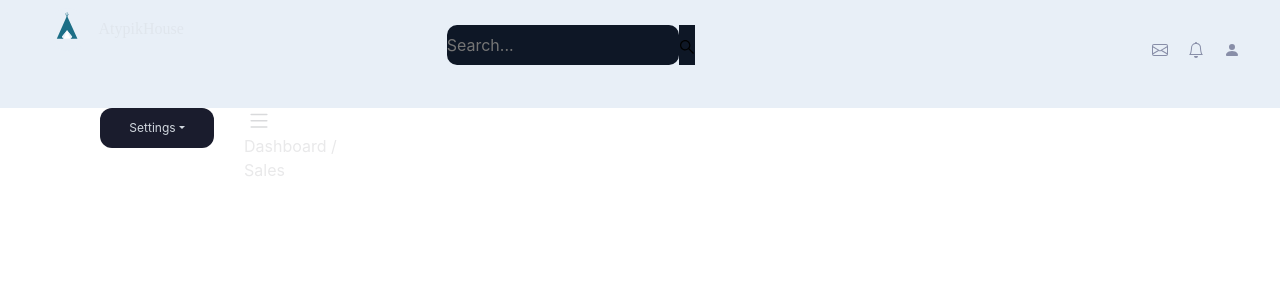
Repository: kifack/API-Symfony-AtypikHouse
Page: / (app in admin-frontend/)
The author's editor kept a copy of each file at every save. The page is drawn from the files as they stood at one save, then again after the next save.
The browser window is 1280 px wide. The pictures show the whole page.
Some web libraries are served in a nearby version. The project was rebuilt for these pictures with package versions that can differ from the ones it lists, and the page was loaded fresh each time. Also part of the build but not shown: admin-frontend/src/css/Responsive.css, admin-frontend/src/css/admin/navbar.css, admin-frontend/src/components/template_parts/Header.js, admin-frontend/src/components/template_parts/Footer.js, admin-frontend/src/components/template_parts/Sidebar.js, admin-frontend/src/components/partials/LocationEntry.js, admin-frontend/src/components/template_parts/Spinner.js, admin-frontend/src/actions/location.js and 26 more.

Above is the page before, as saved 2020-10-01 19:03:39.

### admin-frontend/public/index.html
<!DOCTYPE html>
<html lang="en">
  <head>
    <meta charset="utf-8" />
    <link rel="icon" href="%PUBLIC_URL%/atypikhouse.ico" />
    <meta name="viewport" content="width=device-width, initial-scale=1" />
    <meta name="theme-color" content="#000000" />
    <meta
      name="description"
      content="Web site created using create-react-app"
    />
    <link
      rel="stylesheet"
      href="https://use.fontawesome.com/releases/v5.8.1/css/all.css"
      integrity="sha384-50oBUHEmvpQ+1lW4y57PTFmhCaXp0ML5d60M1M7uH2+nqUivzIebhndOJK28anvf"
      crossorigin="anonymous"
    />
    <!--
      manifest.json provides metadata used when your web app is installed on a
      user's mobile device or desktop. See https://developers.google.com/web/fundamentals/web-app-manifest/
    -->
    <!-- <link rel="manifest" href="%PUBLIC_URL%/manifest.json" /> -->
    <!--
      Notice the use of %PUBLIC_URL% in the tags above.
      It will be replaced with the URL of the `public` folder during the build.
      Only files inside the `public` folder can be referenced from the HTML.

      Unlike "/favicon.ico" or "favicon.ico", "%PUBLIC_URL%/favicon.ico" will
      work correctly both with client-side routing and a non-root public URL.
      Learn how to configure a non-root public URL by running `npm run build`.
    -->
    <script
      src="https://code.jquery.com/jquery-3.5.1.min.js"
      integrity="sha256-9/aliU8dGd2tb6OSsuzixeV4y/faTqgFtohetphbbj0="
      crossorigin="anonymous"
    ></script>
    <script src="https://stackpath.bootstrapcdn.com/bootstrap/4.5.2/js/bootstrap.min.js"></script>
    <script
      src="https://code.jquery.com/jquery-3.5.1.min.js"
      integrity="sha256-9/aliU8dGd2tb6OSsuzixeV4y/faTqgFtohetphbbj0="
      crossorigin="anonymous"
    ></script>

    <script src="https://stackpath.bootstrapcdn.com/bootstrap/4.5.2/js/bootstrap.min.js"></script>
    <title>AtypikHouse</title>
  </head>
  <body>
    <noscript>You need to enable JavaScript to run this app.</noscript>
    <div id="root"></div>
    <!--
      This HTML file is a template.
      If you open it directly in the browser, you will see an empty page.

      You can add webfonts, meta tags, or analytics to this file.
      The build step will place the bundled scripts into the <body> tag.

      To begin the development, run `npm start` or `yarn start`.
      To create a production bundle, use `npm run build` or `yarn build`.
    -->
  </body>
</html>

### admin-frontend/src/index.js
import React from 'react';
import ReactDOM from 'react-dom';
import App from './components/App';
import 'bootstrap/dist/css/bootstrap.min.css';
import { Provider } from 'react-redux';
import configureStore from './store/store';
import HeaderBack from './components/backend/HeaderBack';


const store = configureStore();
ReactDOM.render(
  <React.StrictMode>
    <Provider store={store}>
      <HeaderBack />
    </Provider>

  </React.StrictMode>,
  document.getElementById('root')
);

### admin-frontend/src/store/store.js
import { createStore, applyMiddleware } from "redux";
import { composeWithDevTools } from "redux-devtools-extension";
import thunk from "redux-thunk";
import rootReducer from "../reducers";

const configureStore = () => {
  const initialState = {};

  const middleware = [thunk];

  const store = createStore(
    rootReducer,
    initialState,
    composeWithDevTools(applyMiddleware(...middleware))
  );
  return store;
};

export default configureStore;

### admin-frontend/src/components/backend/HeaderBack.js
import React from "react";
import { Navbar, Nav, Image, Row, Container, Col } from "react-bootstrap";
import { BsBell, BsEnvelope, BsFillPersonFill, BsList } from "react-icons/bs";
import { FaSistrix } from "react-icons/fa";
import logo from './../../media/logonegatif.svg';


class HeaderBack extends React.Component{
    render(){
        return(

            <header>
            <Navbar>

                <div className="blue-sky menuhaut">
                <Container >
                <Row className="align-items-center">
                    <Col>
                        <Nav.Link><Image class="logo"src={logo}/><span class="titlesite">AtypikHouse</span></Nav.Link>
                    </Col>
                    <Col>
                        <form >

                        <input  type="text" placeholder="Search..." aria-label="Search"  />
                        <button type="submit" ><FaSistrix className="icons"/></button>
                        </form>
                    </Col>
                    <Col className="d-flex justify-content-end">
                        <Nav.Link><BsEnvelope className="icon-env"/></Nav.Link>
                        <Nav.Link><BsBell className="icon-bell"/></Nav.Link>
                        <Nav.Link><BsFillPersonFill className="icon-person"/></Nav.Link>
                    </Col>
                </Row >
                </Container>
                </div>

                    <div class="sous-header">
                    <Container>
                    <Row>
                        <Col>
                        <button className="dropdown-toggle" type="button" id="setting">Settings</button>
                        </Col>

                        <Col>
                        <BsList class="icon-list"/>
                        <span className="titlelist"> Dashboard / Sales</span>
                        </Col>


                    </Row>
                    </Container>
                    </div>

            </Navbar>
         </header>


        )
    }

}

export default HeaderBack;

### admin-frontend/src/utils/setAuthToken.js
import api from "./api";

const setAuthToken = (token) => {
  if (token) {
    console.log("setting...");
    api.defaults.headers.common.authorization = "Bearer " + token;
    localStorage.setItem("token", token);
  } else {
    console.log("deleting...");
    delete api.defaults.headers.common["Authorization"];
    localStorage.removeItem("token");
  }
};

export default setAuthToken;

### admin-frontend/src/css/App.css
:root {
  --primaryColor: #1c6e86;
  --secondaryColor :#060818;
  --tierColor: #1e2020;
  --white: #ffffff;
}

* {
  margin: 0;
  padding: 0;
  box-sizing: border-box;
}

@font-face {
  font-family: "title-logo";
  src: url("./../polices/vagnotie.otf");
}
@font-face {
  font-family: "title-block";
  src: url("./../polices/Vogue.ttf");
}
@font-face {
  font-family: "title-secondaire";
  src: url("./../polices/ArcaMajora3-Bold.otf");
}
@font-face {
  font-family : "sans-serifSpe";
  src: url("./../polices/Myriad-Pro_31655.ttf");
}

.blue-sky {
  background-color: var(--secondaryColor);
}
body .blue-Marine {
  background-color: var(--primaryColor);
}

.titleBlock {
  font-family: "title-block";
  padding-top: 30px;
  font-size: 1.3rem;
  color: var(--tiercolor);
}
.titleConte{
  text-align: center;
}
.btnNb{
  padding: 10px 20px;
  text-decoration: none;
  border-radius: 20px;
  font-family: "title-secondaire";
  font-size: 1rem;
}
.secondaryNb {
  color: var(--secondaryColor);
}
.btnNb:hover {
  text-decoration: none;
  color: var(--primaryColor);
  background-color: var(--secondaryColor);
}
.conteneurBtn {
  padding-top: 20px;
}
img {
  width: 100%;
}


/*********************************************************** Header backend ************************************************************************************/











.icon-list{

 color: #d9dadc;
 width: 30px;
 height: 25px;

}


.fond{
 background: #1a1c2d;
}

/* ################################# Header ###########################*/
header .navbar{
  padding: 0;
  margin: 0;
  display: block;
}

header .menuhaut{
  height: 15vh;
  padding: 0;
  margin: 0;
}
header .menuhaut .col:first-child{
  width: 30%;
  height: 15vh;

}
header .menuhaut .col:nth-child(2){
  width: 30%;
  height: 8vh;

}
header .menuhaut .col:nth-child(3){
  width: 30%;
  height: 5vh;

}
header .menuhaut .col:nth-child(3) .nav-link{
  padding-left: 10px;
  padding-right: 10px;
  padding-top: 0px;
  padding-bottom: 10px;

}

header .menuhaut .row{
  width: 100%;
  height: 15vh;
  margin: 0;
  padding: 0;

}
header .menuhaut .container{
  max-width: 100% ;
  margin: 0;

}

header .container img {
  width: 12%;
  margin-right: 10px;

}

.titlesite, .logo{

  color: #e0e6ed;
  width: 30px;
  font-family: "title-secondair";
  font-size: 1.0rem;
}

.icon-env, .icon-bell, .icon-person {
  color: #888ea8;
}

header .sous-header .row{
  margin: 0;
  padding: 0;

}


input{
  background-color: #0e1726;
  border: 0px;
  border-radius: 10px;
  height: 40px;
  width: 60%;
}

button{
  background-color: #0e1726;
  border: 0px;
  border-radius: 10px;
  height: 40px;
}


button#setting {
  background-color: #1a1c2d;
  color: #d2d8df;
  border-color: #212837;
  font-size: 12px;
  width: 100%;
  border-radius: 12px;
  }

  .titlelist{

    color: #e9e9ea;
   }

### admin-frontend/src/reducers/index.js
import { combineReducers } from "redux";
import auth from "./auth";
import location from "./location";
import user from "./user";
import comment from "./comment";
import destination from "./destination";
import category from "./category";
import thematic from "./thematic";
import field from "./field";

export default combineReducers({
  auth,
  location,
  user,
  comment,
  destination,
  category,
  thematic,
  field,
});

### admin-frontend/src/utils/api.js
import axios from "axios";
import store from "../store/store";
import { LOGOUT } from "../actions/types";

const api = axios.create({
  baseURL: "http://localhost:8000/api/v01",
  // baseURL: "http://api.f2i-dev2-ami-bc-akb-vyk.fr/api/v01",
  headers: {
    "Content-Type": "application/json",
    Accept: "application/json",
  },
});

const { dispatch } = store;

export default api;

### admin-frontend/src/css/sidebar.css
:root {
  --primaryColor: #0090d9;
  --secondaryColor: #e8f1f8;
  --tierColor: #1e2020;
  --white: #ffffff;
}

.sidebar {
  width: 240px;
  min-height: 100vh;
  transition: 0.4s;
  transition-property: width;
  background-color: #fff;

  /* background-image: linear-gradient(180deg, #4e73df 10%, #224abe 100%); */
  /* overflow-y: auto; */
}

.sidebar ul {
  /* color: var(--primaryColor); */
  height: 100%;
  width: 100%;
  list-style: none;
}
.sidebar .menu li {
  line-height: 60px;
  border-bottom: 1px solid #bdb8d7;
  border-bottom: 1px solid rgba(0, 0, 0, 0.05);
  border-top: 1px solid rgba(255, 255, 255, 0.05);
}
.sidebar .menu li:last-child {
  border-bottom: 1px solid rgba(255, 255, 255, 0.05);
}
.sidebar .menu li a {
  position: relative;
  text-decoration: none;
  color: #6c757d;
  font-size: 16px;
  padding-left: 20px;
  font-weight: 500;
  display: block;
  width: 100%;
  border-left: 3px solid transparent;
}
.sidebar .menu li a > i {
  color: var(--primaryColor);
  padding-right: 8px;
}
.sidebar .menu li.active a {
  color: #fff;
  background: #4e73df;
  /* border-left-color: #000; */
}
.sidebar .menu li a:hover {
  /* background-color: #4e73df; */
  opacity: 0.9;
  color: var(--primaryColor);
}
.sidebar .menu ul {
  position: static;
  display: none;
  background-color: #fff;
}

.sidebar .menu ul li {
  line-height: 50px;
  border-top: none;
  color: var(--primaryColor);
}

.sidebar ul li a .item {
  /* margin-left: 15px; */
  transition: 0.4s;
  transition-property: display;
}
.sidebar .menu ul li a {
  font-size: 15px;
  color: #6c757d;
  padding-left: 50px;
}
.sidebar .menu li.active ul li a {
  color: #e6e6e6;
  background: #1b1b1b;
  border-left-color: transparent;
}
.sidebar .menu ul li a:hover {
  border-left-color: var(--primaryColor);
  border-left-width: 5px;
}
.sidebar li a .caret-menu {
  position: absolute;
  top: 50%;
  right: 20px;
  transform: translateY(-50%);
  font-size: 18px;
  transition: transform 0.7s;
}
.sidebar li a span.rotate {
  transform: translateY(-50%) rotate(-180deg);
}

.wrapper.collapse-sidebar .sidebar {
  width: 70px;
}

.wrapper.collapse-sidebar .main_content {
  width: calc(100% - 70px);
}

.wrapper.collapse-sidebar .sidebar .item,
.submenu,
.wrapper.collapse-sidebar .sidebar .submenu li {
  display: none;
}

### admin-frontend/src/css/card.css
/* Navigation tabs */
:root {
  --primaryColor: #0090d9;
  --secondaryColor: #e8eff7;
  --tierColor: #1e2020;
  --white: #ffffff;
}
.tabs {
  /* width: 730px; */
  height: 100vh;
  overflow: hidden;
  border-radius: 5px;
  box-shadow: 5px 10px 5px #ccc;
  border: 1px solid #eee;
  margin-right: 10px;
}
.tabs .tab-header {
  /* height: 40px; */
  display: flex;
  align-items: center;
  width: 100%;
  padding: 15px;
  /* border: 1px solid #eee; */
}

.tabs .tab-header > div {
  width: calc(100% / 2);
  text-align: center;
  color: #888;
  font-weight: 600;
  cursor: pointer;
  font-size: 14px;
  text-transform: uppercase;
  outline: none;
}
/* .tabs .tab-header > div > i {
  display: block;
  margin-bottom: 5px;
} */
.tabs .tab-header > div.active {
  color: var(--primaryColor);
}
.tabs .tab-indicator {
  position: relative;
  width: calc(100% / 2);
  height: 5px;
  background: var(--primaryColor);
  left: 0px;
  border-radius: 5px;
  transition: all 500ms ease-in-out;
}
.tabs .tab-body {
  position: relative;
  height: calc(100% - 60px);
  padding: 10px 5px;
}
.tabs .tab-body > div {
  padding: 20px;
  position: absolute;
  width: 100%;
  top: -200%;
  opacity: 0;
  transform: scale(0.9);
  transition: opacity 500ms ease-in-out 0ms, transform 500ms ease-in-out 0ms;
}
.tabs .tab-body > div.active {
  top: 0px;
  opacity: 1;
  transform: scale(1);
}

/* Display location  */
.img-container {
  position: relative;
}
/* Next & previous buttons */
.prev,
.next {
  cursor: pointer;
  position: absolute;
  text-decoration: none !important;
  top: 50%;
  width: auto;
  margin-top: -22px;
  padding: 16px;
  color: white !important;
  font-weight: bold;
  font-size: 18px;
  transition: 0.6s ease;
  border-radius: 0 3px 3px 0;
  user-select: none;
}

/* Position the "next button" to the right */
.next {
  right: 0;
  border-radius: 3px 0 0 3px;
}
.prev {
  left: 0;
}

/* On hover, add a black background color with a little bit see-through */
.prev:hover,
.next:hover {
  background-color: rgba(0, 0, 0, 0.8);
}
/* Fading animation */
.custom-fade {
  -webkit-animation-name: fade;
  -webkit-animation-duration: 1.5s;
  animation-name: fade;
  animation-duration: 1.5s;
}

@-webkit-keyframes fade {
  from {
    opacity: 0.4;
  }
  to {
    opacity: 1;
  }
}

@keyframes fade {
  from {
    opacity: 0.4;
  }
  to {
    opacity: 1;
  }
}

### admin-frontend/src/reducers/auth.js
import {
  LOAD_USER_REQUEST,
  USER_LOADED,
  AUTH_ERROR,
  LOGIN_REQUEST,
  LOGIN_SUCCESS,
  LOGIN_FAIL,
  LOGOUT,
} from "../actions/types";
import setAuthToken from "../utils/setAuthToken";

const initialState = {
  token: localStorage.getItem("token"),
  isAuthenticated: false,
  loading: false,
  user: null,
  isLogining: false,
  error: null,
};

export default function (state = initialState, action) {
  const { type, payload } = action;

  switch (type) {
    case LOAD_USER_REQUEST:
      return {
        ...state,
        loading: true,
      };
    case USER_LOADED:
      if (payload.roles.indexOf("ROLE_ADMIN") >= 0) {
        return {
          ...state,
          isAuthenticated: true,
          loading: false,
          user: payload,
        };
      } else {
        return {
          ...state,
          isAuthenticated: false,
          loading: false,
          error: "Vous n'avez pas des droits d'accés",
        };
      }
    case LOGIN_REQUEST:
      return {
        ...state,
        isLogining: true,
      };
    case LOGIN_SUCCESS:
      if (payload.user.roles.indexOf("ROLE_ADMIN") >= 0) {
        localStorage.setItem("token", payload.token);
        setAuthToken(payload.token);
        return {
          ...state,
          isAuthenticated: true,
          isLogining: false,
          user: payload.user,
        };
      } else {
        return {
          ...state,
          isAuthenticated: false,
          isLogining: false,
          error: "Vous n'avez pas des droits d'accéss",
        };
      }

    case AUTH_ERROR:
    case LOGOUT:
      console.log("logout");
      localStorage.removeItem("token");
      return {
        ...state,
        token: null,
        isAuthenticated: false,
        loading: false,
        user: null,
        error: payload,
      };

    case LOGIN_FAIL:
      return {
        ...state,
        isLogining: false,
        error: payload.message,
      };

    default:
      return state;
  }
}

### admin-frontend/src/reducers/location.js
import {
  LOAD_LOCATIONS,
  LOAD_LOCATIONS_SUCCESS,
  LOAD_LOCATIONS_ERROR,
  VALIDATE_LOCATION,
  VALIDATE_LOCATION_ERROR,
  DEACTIVATE_LOCATION,
  DEACTIVATE_LOCATION_ERROR,
  LOAD_LOCATION,
  LOAD_LOCATION_SUCCESS,
  LOAD_LOCATION_ERROR,
} from "../actions/types";

const initialState = {
  locations: [],
  location: null,
  loading: false,
  loadingLocation: true,
};

export default function (state = initialState, action) {
  const { type, payload } = action;
  let index, locations;

  switch (type) {
    case LOAD_LOCATIONS:
      return {
        ...state,
        loading: true,
      };
    case LOAD_LOCATIONS_SUCCESS:
      return {
        ...state,
        locations: payload,
        loading: false,
      };

    case LOAD_LOCATION:
      return {
        ...state,
        loadingLocation: true,
        location: null,
      };
    case LOAD_LOCATION_SUCCESS:
      return {
        ...state,
        location: payload,
        loadingLocation: false,
      };
    case VALIDATE_LOCATION:
      index = state.locations.findIndex((item) => item.id === payload);
      locations = state.locations;
      locations[index].status = 1;

      return {
        ...state,
        locations: [...locations],
        loading: false,
      };
    case DEACTIVATE_LOCATION:
      index = state.locations.findIndex((item) => item.id === payload);
      locations = state.locations;
      locations[index].status = 2;

      return {
        ...state,
        locations: [...locations],
        loading: false,
      };

    default:
      return state;
  }
}

### admin-frontend/src/reducers/user.js
import {
  LOAD_USERS,
  LOAD_USERS_ERROR,
  LOAD_USERS_SUCCESS,
  LOAD_USER,
  LOAD_USER_SUCCESS,
  LOAD_USER_ERROR,
  TOGGLE_SIDEBAR,
  ACTIVATE_USER,
  ACTIVATE_USER_ERROR,
  DEACTIVATE_USER,
  DEACTIVATE_USER_ERROR,
} from "../actions/types";

const initialState = {
  users: [],
  user: null,
  loading: false,
  loadingUser: true,
  showSidebar: true,
};

export default function (state = initialState, action) {
  const { type, payload } = action;
  let index, users;

  switch (type) {
    case LOAD_USERS:
      return {
        ...state,
        loading: true,
      };
    case LOAD_USERS_SUCCESS:
      return {
        ...state,
        users: payload,
        loading: false,
      };

    case LOAD_USER:
      return {
        ...state,
        user: null,
        loadingUser: true,
      };
    case LOAD_USER_SUCCESS:
      return {
        ...state,
        user: payload,
        loadingUser: false,
      };
    case ACTIVATE_USER:
      index = state.users.findIndex((item) => item.id === payload);
      users = state.users;
      users[index].status = 1;

      return {
        ...state,
        users: [...users],
        loading: false,
      };
    case DEACTIVATE_USER:
      index = state.users.findIndex((item) => item.id === payload);
      users = state.users;
      users[index].status = 0;

      return {
        ...state,
        users: [...users],
        loading: false,
      };

    case TOGGLE_SIDEBAR:
      return {
        ...state,
        showSidebar: !state.showSidebar,
      };

    default:
      return state;
  }
}

### admin-frontend/src/reducers/comment.js
import {
  LOAD_COMMENTS,
  LOAD_COMMENTS_SUCCESS,
  LOAD_COMMENTS_ERROR,
  DELETE_COMMENT,
  DELETE_COMMENT_ERROR,
} from "../actions/types";

const initialState = {
  comments: [],
  loading: false,
};

export default function (state = initialState, action) {
  const { type, payload } = action;

  switch (type) {
    case LOAD_COMMENTS:
      return {
        ...state,
        loading: true,
      };

    case LOAD_COMMENTS_SUCCESS:
      return {
        ...state,
        comments: payload,
        loading: false,
      };
    case DELETE_COMMENT:
      let filteredComments = state.comments.filter(
        (item) => item.id !== payload
      );
      return {
        ...state,
        comments: [...filteredComments],
        loading: false,
      };

    default:
      return state;
  }
}

### admin-frontend/src/reducers/destination.js
import {
  LOAD_DESTINATIONS,
  LOAD_DESTINATIONS_SUCCESS,
  LOAD_DESTINATIONS_ERROR,
  ADD_DESTINATION,
  ADD_DESTINATION_ERROR,
} from "../actions/types";

const initialState = {
  destinations: [],
  loading: false,
};

export default function (state = initialState, action) {
  const { type, payload } = action;

  switch (type) {
    case ADD_DESTINATION:
      return {
        ...state,
        destinations: [...state.destinations, payload],
        loading: false,
      };
    case LOAD_DESTINATIONS:
      return {
        ...state,
        loading: true,
      };
    case LOAD_DESTINATIONS_SUCCESS:
      return {
        ...state,
        destinations: payload,
        loading: false,
      };

    default:
      return state;
  }
}

### admin-frontend/src/reducers/category.js
import {
  LOAD_CATEGORIES,
  LOAD_CATEGORIES_SUCCESS,
  LOAD_CATEGORIES_ERROR,
  ADD_CATEGORY,
  ADD_CATEGORY_ERROR,
} from "../actions/types";

const initialState = {
  categories: [],
  loading: false,
};

export default function (state = initialState, action) {
  const { type, payload } = action;

  switch (type) {
    case LOAD_CATEGORIES:
      return {
        ...state,
        loading: true,
      };
    case LOAD_CATEGORIES_SUCCESS:
      return {
        ...state,
        categories: [...payload],
        loading: false,
      };
    case ADD_CATEGORY:
      return {
        ...state,
        categories: [...state.categories, payload],
        loading: false,
      };

    default:
      return state;
  }
}

### admin-frontend/src/reducers/thematic.js
import {
  LOAD_THEMATICS,
  LOAD_THEMATICS_SUCCESS,
  LOAD_THEMATICS_ERROR,
  ADD_THEMATIC,
  ADD_THEMATIC_ERROR,
} from "../actions/types";

const initialState = {
  thematics: [],
  loading: false,
};

export default function (state = initialState, action) {
  const { type, payload } = action;

  switch (type) {
    case ADD_THEMATIC:
      return {
        ...state,
        thematics: [...state.thematics, payload],
        loading: false,
      };

    case LOAD_THEMATICS:
      return {
        ...state,
        loading: true,
      };

    case LOAD_THEMATICS_SUCCESS:
      return {
        ...state,
        thematics: payload,
        loading: false,
      };

    default:
      return state;
  }
}

### admin-frontend/src/reducers/field.js
import {
  LOAD_FIELDS,
  LOAD_FIELDS_ERROR,
  ADD_FIELD,
  ADD_FIELD_ERROR,
} from "../actions/types";

const initialState = {
  fields: [],
  loading: true,
};

export default function (state = initialState, action) {
  const { type, payload } = action;

  switch (type) {
    case LOAD_FIELDS:
      return {
        ...state,
        fields: [...payload],
        loading: false,
      };
    case ADD_FIELD:
      return {
        ...state,
        fields: [...state.fields, payload],
        loading: false,
      };

    default:
      return state;
  }
}

### admin-frontend/src/css/spinner.css
/* https://projects.lukehaas.me/css-loaders/ */
:root {
  --primaryColor: #0090d9;
  --secondaryColor: #e8eff7;
  --tierColor: #1e2020;
  --white: #ffffff;
}

.spinner {
  width: 100%;
  height: 100%;
  display: flex;
  align-items: center;
  justify-content: center;
  /* background-color: rgb(0, 0, 0); */
  /* background-color: #eee; */
}

.loader {
  color: var(--primaryColor);
  font-size: 20px;
  margin: 100px auto;
  width: 1em;
  height: 1em;
  border-radius: 50%;
  position: relative;
  text-indent: -9999em;
  -webkit-animation: load4 1.3s infinite linear;
  animation: load4 1.3s infinite linear;
  -webkit-transform: translateZ(0);
  -ms-transform: translateZ(0);
  transform: translateZ(0);
}
@-webkit-keyframes load4 {
  0%,
  100% {
    box-shadow: 0 -3em 0 0.2em, 2em -2em 0 0em, 3em 0 0 -1em, 2em 2em 0 -1em,
      0 3em 0 -1em, -2em 2em 0 -1em, -3em 0 0 -1em, -2em -2em 0 0;
  }
  12.5% {
    box-shadow: 0 -3em 0 0, 2em -2em 0 0.2em, 3em 0 0 0, 2em 2em 0 -1em,
      0 3em 0 -1em, -2em 2em 0 -1em, -3em 0 0 -1em, -2em -2em 0 -1em;
  }
  25% {
    box-shadow: 0 -3em 0 -0.5em, 2em -2em 0 0, 3em 0 0 0.2em, 2em 2em 0 0,
      0 3em 0 -1em, -2em 2em 0 -1em, -3em 0 0 -1em, -2em -2em 0 -1em;
  }
  37.5% {
    box-shadow: 0 -3em 0 -1em, 2em -2em 0 -1em, 3em 0em 0 0, 2em 2em 0 0.2em,
      0 3em 0 0em, -2em 2em 0 -1em, -3em 0em 0 -1em, -2em -2em 0 -1em;
  }
  50% {
    box-shadow: 0 -3em 0 -1em, 2em -2em 0 -1em, 3em 0 0 -1em, 2em 2em 0 0em,
      0 3em 0 0.2em, -2em 2em 0 0, -3em 0em 0 -1em, -2em -2em 0 -1em;
  }
  62.5% {
    box-shadow: 0 -3em 0 -1em, 2em -2em 0 -1em, 3em 0 0 -1em, 2em 2em 0 -1em,
      0 3em 0 0, -2em 2em 0 0.2em, -3em 0 0 0, -2em -2em 0 -1em;
  }
  75% {
    box-shadow: 0em -3em 0 -1em, 2em -2em 0 -1em, 3em 0em 0 -1em, 2em 2em 0 -1em,
      0 3em 0 -1em, -2em 2em 0 0, -3em 0em 0 0.2em, -2em -2em 0 0;
  }
  87.5% {
    box-shadow: 0em -3em 0 0, 2em -2em 0 -1em, 3em 0 0 -1em, 2em 2em 0 -1em,
      0 3em 0 -1em, -2em 2em 0 0, -3em 0em 0 0, -2em -2em 0 0.2em;
  }
}
@keyframes load4 {
  0%,
  100% {
    box-shadow: 0 -3em 0 0.2em, 2em -2em 0 0em, 3em 0 0 -1em, 2em 2em 0 -1em,
      0 3em 0 -1em, -2em 2em 0 -1em, -3em 0 0 -1em, -2em -2em 0 0;
  }
  12.5% {
    box-shadow: 0 -3em 0 0, 2em -2em 0 0.2em, 3em 0 0 0, 2em 2em 0 -1em,
      0 3em 0 -1em, -2em 2em 0 -1em, -3em 0 0 -1em, -2em -2em 0 -1em;
  }
  25% {
    box-shadow: 0 -3em 0 -0.5em, 2em -2em 0 0, 3em 0 0 0.2em, 2em 2em 0 0,
      0 3em 0 -1em, -2em 2em 0 -1em, -3em 0 0 -1em, -2em -2em 0 -1em;
  }
  37.5% {
    box-shadow: 0 -3em 0 -1em, 2em -2em 0 -1em, 3em 0em 0 0, 2em 2em 0 0.2em,
      0 3em 0 0em, -2em 2em 0 -1em, -3em 0em 0 -1em, -2em -2em 0 -1em;
  }
  50% {
    box-shadow: 0 -3em 0 -1em, 2em -2em 0 -1em, 3em 0 0 -1em, 2em 2em 0 0em,
      0 3em 0 0.2em, -2em 2em 0 0, -3em 0em 0 -1em, -2em -2em 0 -1em;
  }
  62.5% {
    box-shadow: 0 -3em 0 -1em, 2em -2em 0 -1em, 3em 0 0 -1em, 2em 2em 0 -1em,
      0 3em 0 0, -2em 2em 0 0.2em, -3em 0 0 0, -2em -2em 0 -1em;
  }
  75% {
    box-shadow: 0em -3em 0 -1em, 2em -2em 0 -1em, 3em 0em 0 -1em, 2em 2em 0 -1em,
      0 3em 0 -1em, -2em 2em 0 0, -3em 0em 0 0.2em, -2em -2em 0 0;
  }
  87.5% {
    box-shadow: 0em -3em 0 0, 2em -2em 0 -1em, 3em 0 0 -1em, 2em 2em 0 -1em,
      0 3em 0 -1em, -2em 2em 0 0, -3em 0em 0 0, -2em -2em 0 0.2em;
  }
}

Loaded but not shown: admin-frontend/src/actions/types.js (79 lines, source omitted)

After the next save:
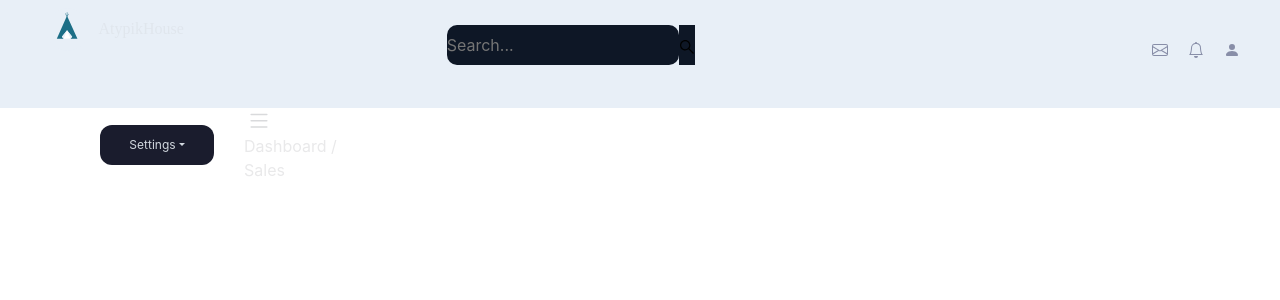
Saved 6 s later.
--- a/admin-frontend/src/components/backend/HeaderBack.js
+++ b/admin-frontend/src/components/backend/HeaderBack.js
@@ -36,7 +36,7 @@ class HeaderBack extends React.Component{
 
                     <div class="sous-header">
                     <Container>
-                    <Row>
+                    <Row className="align-items-center">
                         <Col>
                         <button className="dropdown-toggle" type="button" id="setting">Settings</button>
                         </Col>
